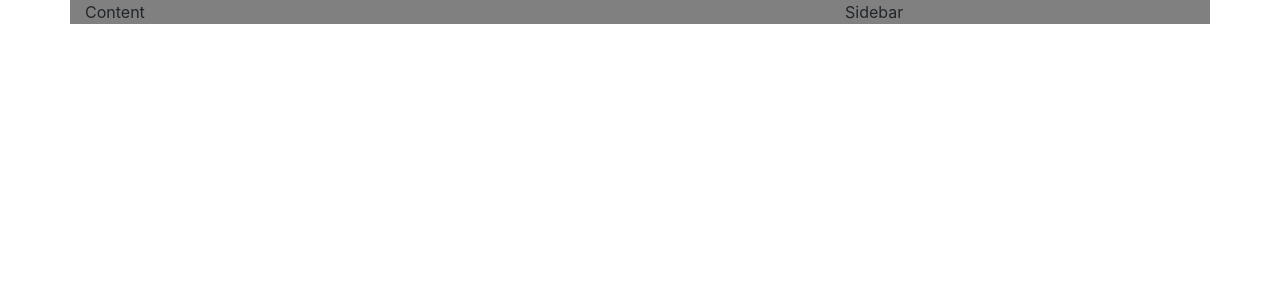
Repository: anhtu2110/front_end
Page: lesson/bootstrap/grid-layout/grid-basic.html
An editor plug-in stored every save of this project. The page is shown before and after the next save, followed by the edit.
The browser window is 1280 px wide. The pictures show the whole page.

Above is the page before, as saved 2022-12-01 15:59:43.

### lesson/bootstrap/grid-layout/grid-basic.html
<!DOCTYPE html>
<html lang="en">
  <head>
    <meta charset="UTF-8" />
    <meta http-equiv="X-UA-Compatible" content="IE=edge" />
    <meta name="viewport" content="width=device-width, initial-scale=1.0" />
    <link rel="stylesheet" href="./bootstrap/css/bootstrap.css" />
    <link rel="stylesheet" href="./css/grid-basic.css" />
    <title>Cú pháp sử dụng Grid bootstrap</title>
  </head>
  <body>
    <div class="container style-grid">
      <div class="row">
        <div class="col-md-8">Content</div>
        <div class="col-md-4">Sidebar</div>
      </div>
    </div>
  </body>
</html>

### lesson/bootstrap/grid-layout/css/grid-basic.css
.style-grid [class^="col"] {
  background-color: gray;
}

Loaded but not shown: lesson/bootstrap/grid-layout/bootstrap/css/bootstrap.css (library)

After the next save:
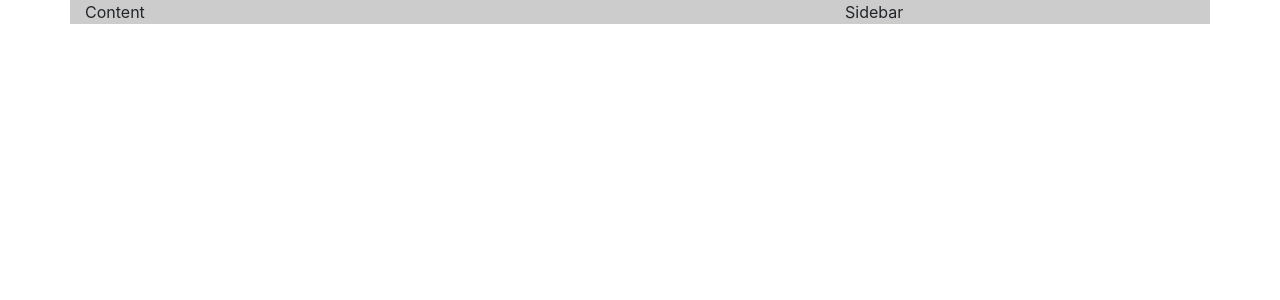
Saved 42 s later.
--- a/lesson/bootstrap/grid-layout/css/grid-basic.css
+++ b/lesson/bootstrap/grid-layout/css/grid-basic.css
@@ -1,3 +1,4 @@
 .style-grid [class^="col"] {
-  background-color: gray;
+  background-color: #ccc;
+  border: 1px solid #ddđ;
 }
